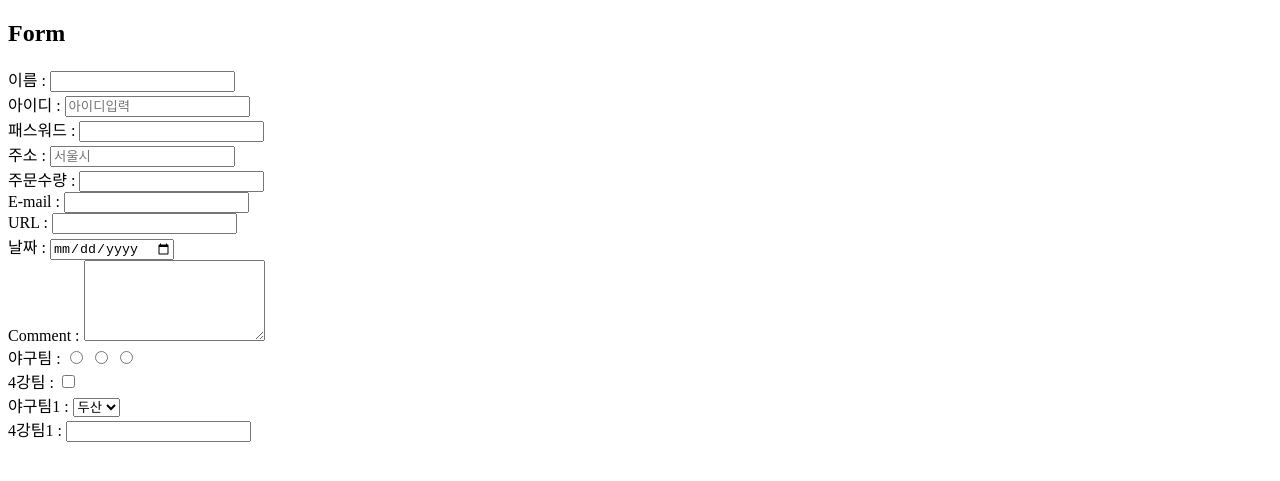
Repository: star-min/jsp_basic
Page: jsp1/web01/src/main/webapp/form.html
An editor plug-in stored every save of this project. The page is shown before and after the next save, followed by the edit.
The browser window is 1280 px wide. The pictures show the whole page.

Above is the page before, as saved 2022-04-22 05:35:33.

After the next save:
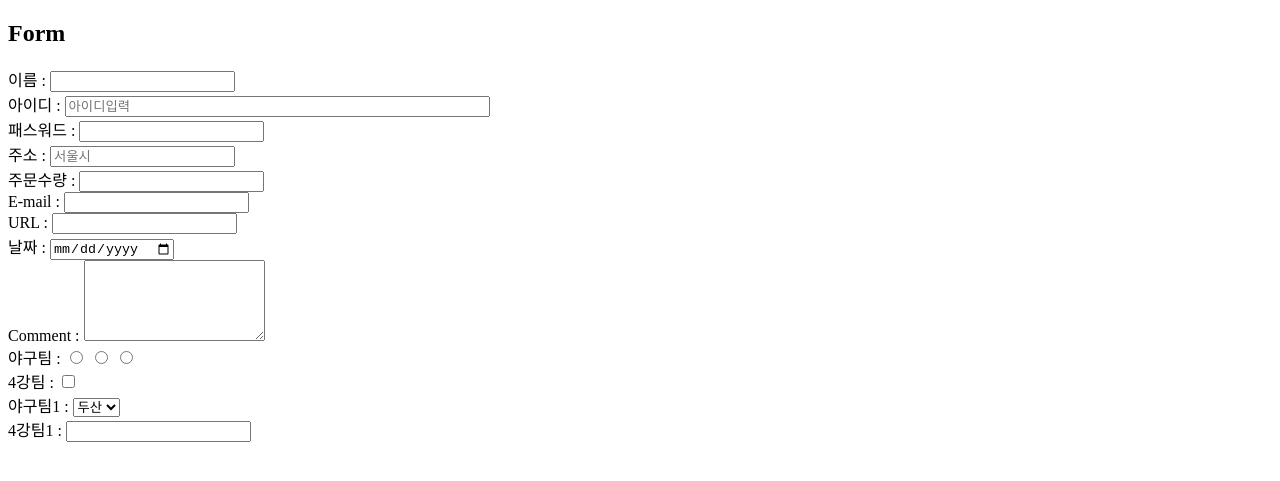
Saved 4 min 51 s later.
--- a/jsp1/web01/src/main/webapp/form.html
+++ b/jsp1/web01/src/main/webapp/form.html
@@ -23,7 +23,7 @@
 			<tr>
 				<th>아이디 : </th>
 				<td>
-					<input type="text" id="uid" name="uid" class="indata" placeholder="아이디입력" required>
+					<input type="text" id="id" name="id" class="indata" size="50" placeholder="아이디입력" required>
 					</br>
 				</td>
 			</tr>
